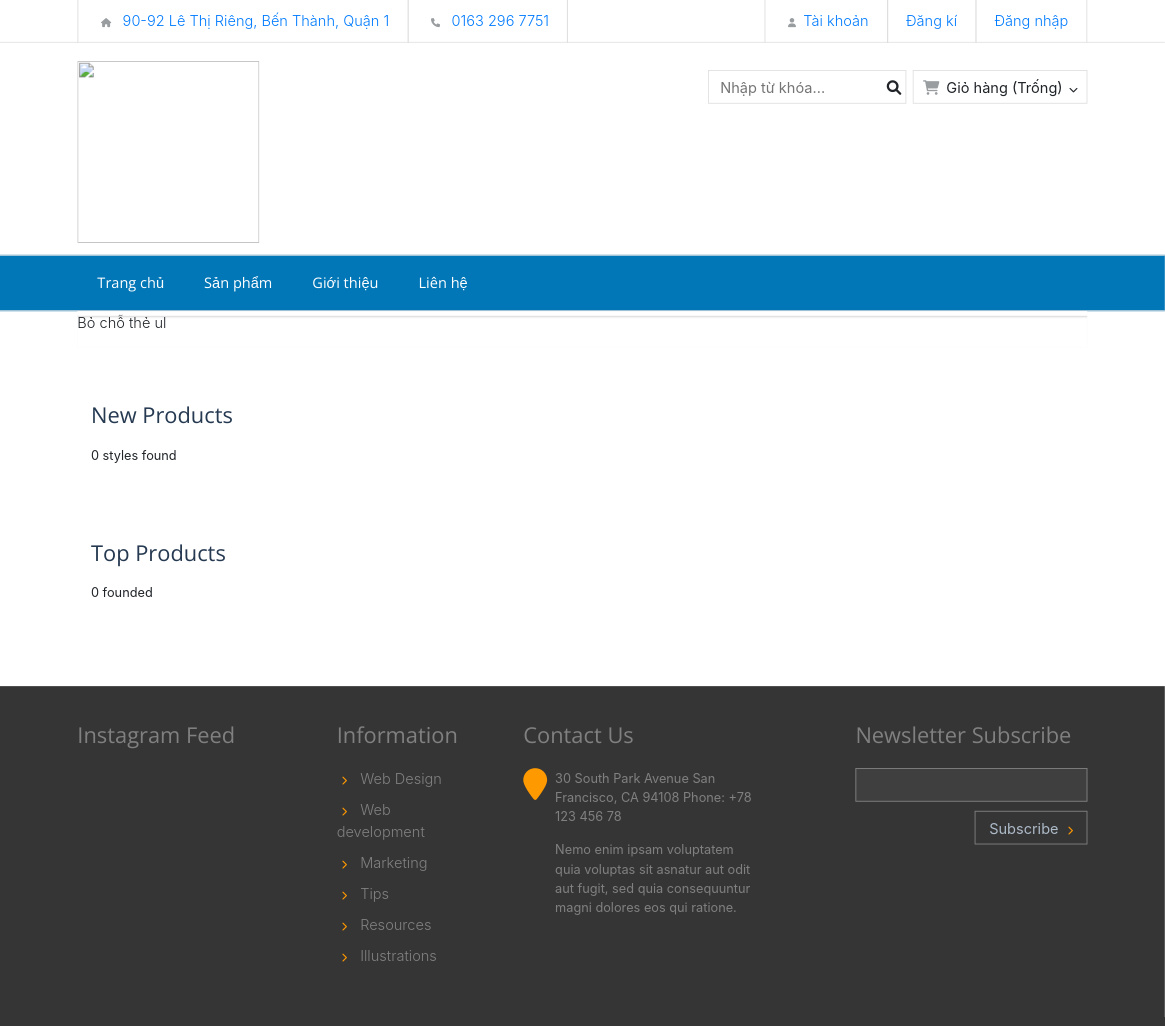
Repository: thidieu2005/Cake-Shop
Page: resources/views/page/trangchu.blade.php
An editor plug-in stored every save of this project. The page is shown before and after a run of saves, followed by the edit.
The browser window is 1280 px wide. The pictures show the whole page, at 91% of full size.
Some web fonts or font styles are not loaded; a fallback is used. Some web libraries are served in a nearby version. The page is served by the project's Laravel application, run on PHP 8.4 with Laravel 10. The database holds what the project's SQL file puts in it. The template is opened directly, without the code that normally fills it, so the values that code supplies are empty.

Above is the page before, as saved 2025-03-13 11:10:46.

After the next 2 saves:
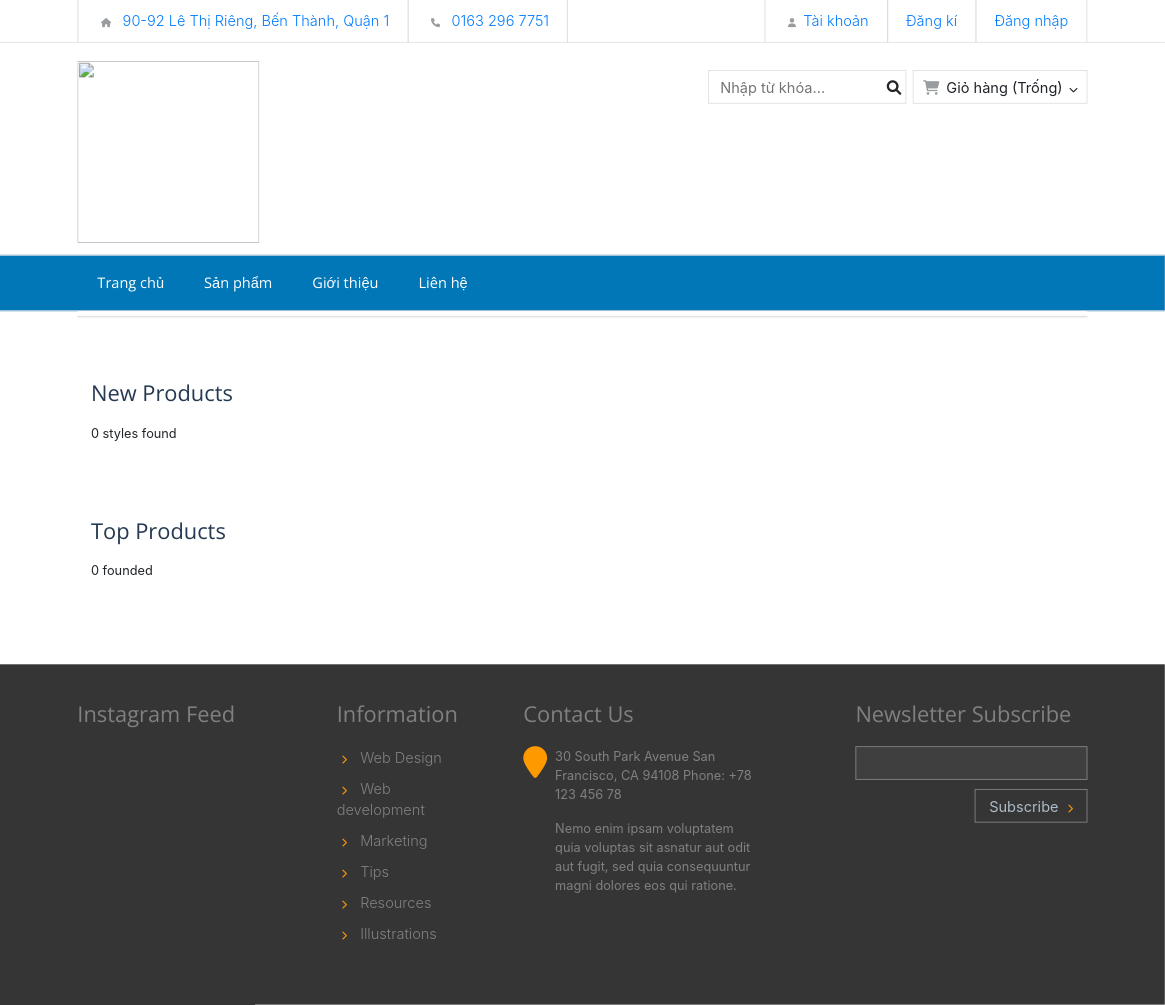
The 2 saves are shown as one change because they came seconds apart.
The last was saved 6 s later.
--- a/resources/views/page/trangchu.blade.php
+++ b/resources/views/page/trangchu.blade.php
@@ -42,7 +42,6 @@
                         </div>
                         @endforeach
 
-                        Bỏ chỗ thẻ ul
                     </ul>
                 </div>
             </div>
